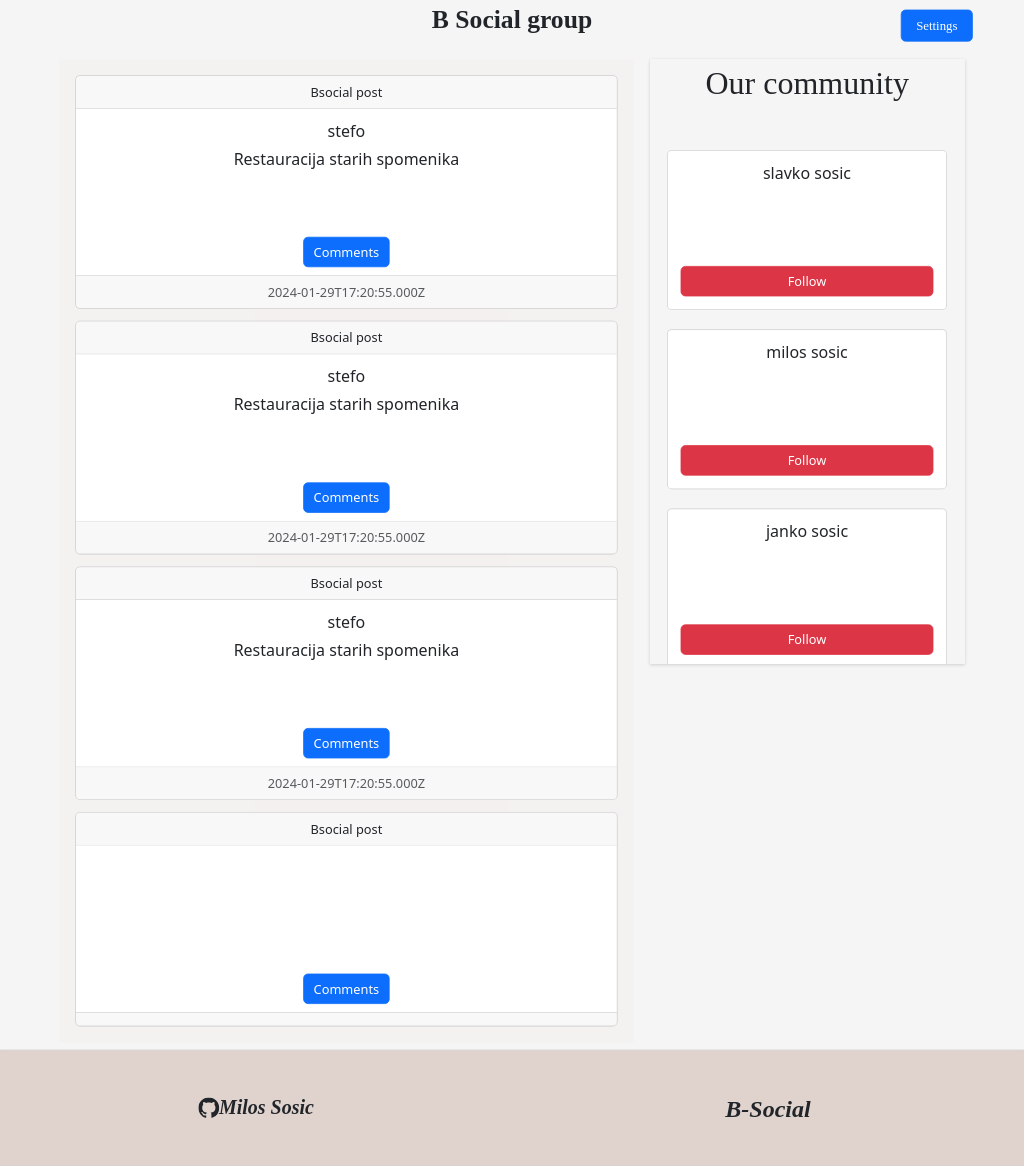
Repository: mcedo1/b-Social-app
Page: /main
An editor plug-in stored every save of this project. The page is shown before and after the next save, followed by the edit.
The browser window is 1280 px wide. The pictures show the whole page, at 80% of full size.
The project was rebuilt for these pictures with package versions that can differ from the ones it lists, and the page was loaded fresh each time. Also part of the build but not shown: src/components/log.reg.component/Login.js, src/components/log.reg.component/Registration.js, src/components/submain.component/Comment.js, src/components/about.us.component/NewFollowers.js, src/components/about.us.component/AboutUs.js.

Above is the page before, as saved 2024-02-03 15:59:16.

After the next save:
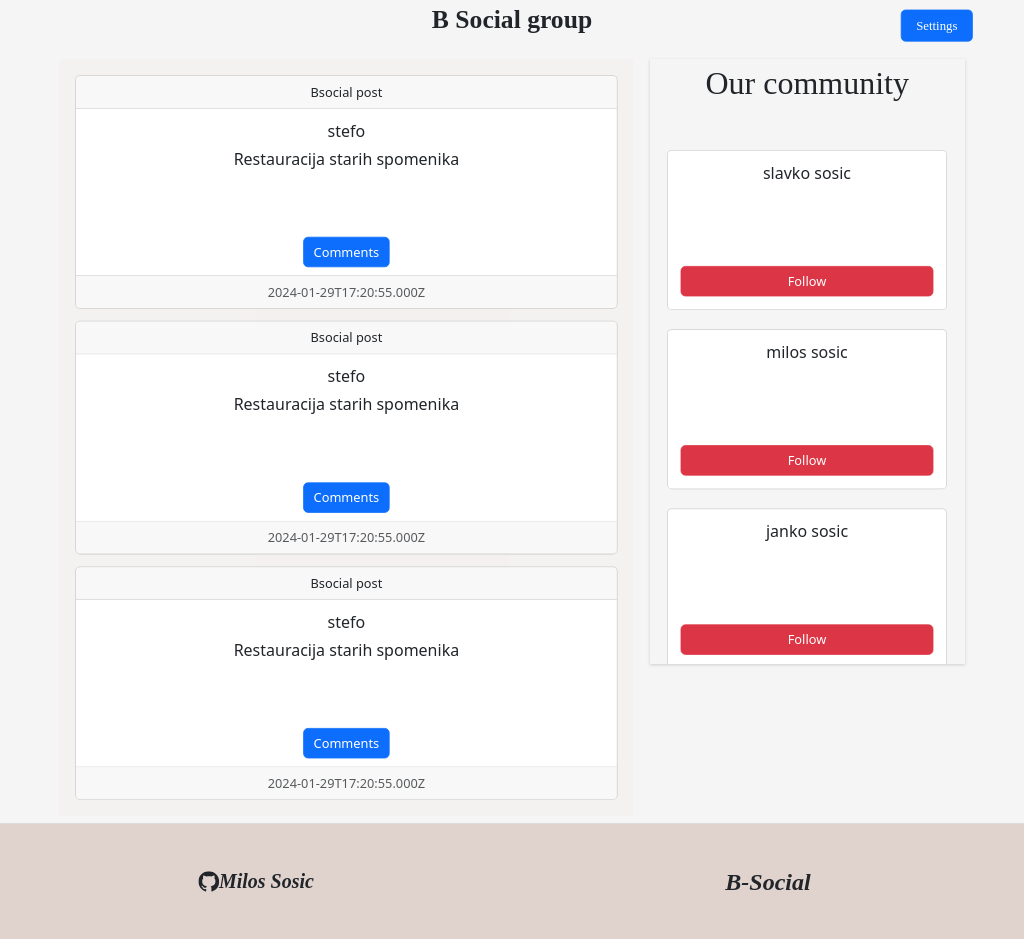
Saved 17 s later.
--- a/src/components/submain.component/Submain.js
+++ b/src/components/submain.component/Submain.js
@@ -17,7 +17,7 @@ function Submain() {
     <div className="Submain">
       <div className="Posts">
         {posts.map((p, index)=> <Post {...p}/>)}
-        <Post />
+
       </div>
       <div className="Followers">
         <p style={{fontFamily:'cursive', fontSize:'40px', flex:'1px', display:'flex', justifyContent:'center'}}>Our community</p>
